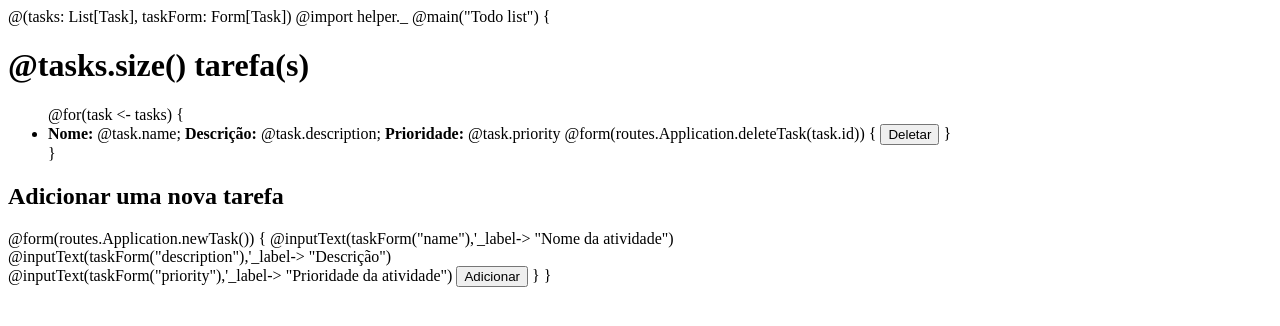
Repository: analuizamtg/si1
Page: lab2/todolist/.target/views/index.scala.html
The author's editor kept a copy of each file at every save. The page is drawn from the files as they stood at one save, then again after the next save.
The browser window is 1280 px wide. The pictures show the whole page.

Above is the page before, as saved 2013-11-26 22:09:17.

### lab2/todolist/.target/views/index.scala.html
@(tasks: List[Task], taskForm: Form[Task])

@import helper._

@main("Todo list") {

    <h1>@tasks.size() tarefa(s)</h1>

    <ul>
        @for(task <- tasks) {
            <li>
                <b>Nome:</b> @task.name;
                <b>Descrição:</b>  @task.description;
                <b>Prioridade:</b> @task.priority


                @form(routes.Application.deleteTask(task.id)) {
                    <input type="submit" value="Deletar">
                }
            </li>
        }
    </ul>

    <h2>Adicionar uma nova tarefa</h2>

    @form(routes.Application.newTask()) {

        @inputText(taskForm("name"),'_label-> "Nome da atividade")
        <br>
        @inputText(taskForm("description"),'_label-> "Descrição")
        <br>
        @inputText(taskForm("priority"),'_label-> "Prioridade da atividade")

        <input type="submit" value="Adicionar">

    }

}

After the next save:
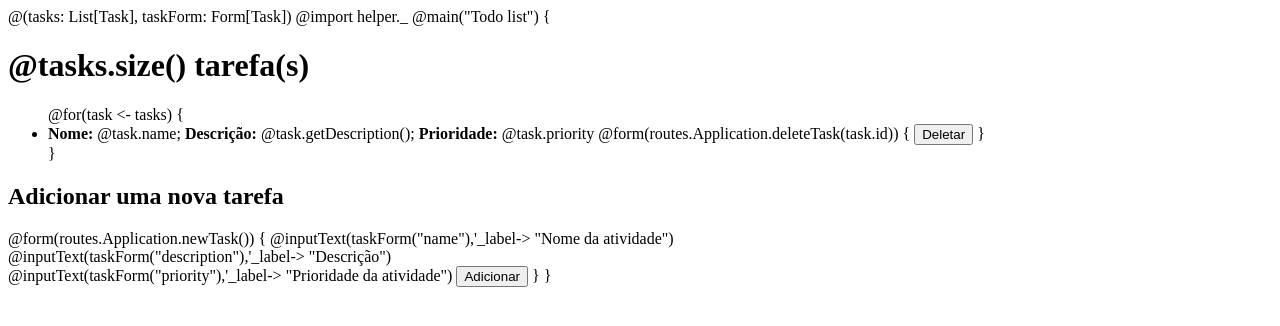
Saved 68 s later.
--- a/lab2/todolist/.target/views/index.scala.html
+++ b/lab2/todolist/.target/views/index.scala.html
@@ -10,7 +10,7 @@
         @for(task <- tasks) {
             <li>
                 <b>Nome:</b> @task.name;
-                <b>Descrição:</b>  @task.description;
+                <b>Descrição:</b>  @task.getDescription();
                 <b>Prioridade:</b> @task.priority
 
 
